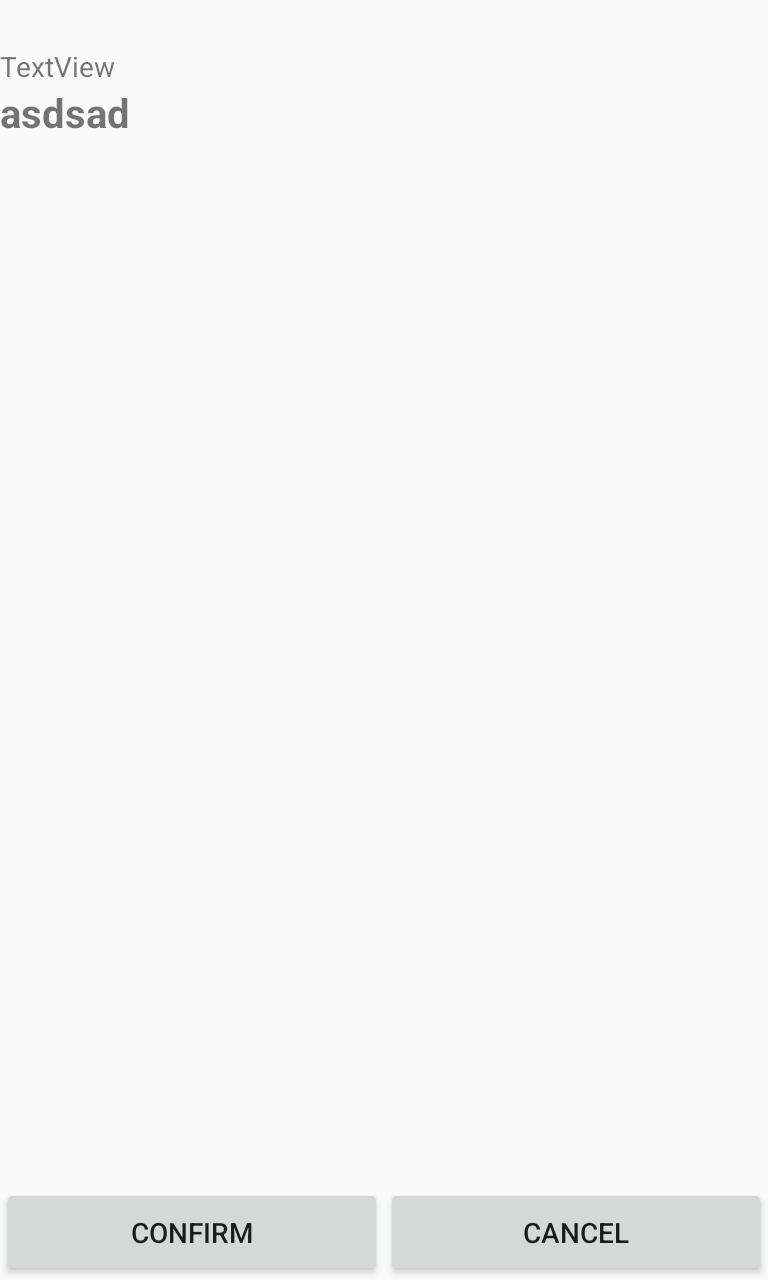
Repository: TeamZhao/Assignment-Tracker
Layout: AssignmentTracker/res/layout/activity_delete_semester_confirmation.xml
These files come from the project's save history. The layout is drawn as it stood at one moment and after the next save; the edit follows.
It is drawn on a 768 x 1280 px phone screen (xhdpi) without system bars, with theme AppTheme; the app's code is not run.

Above is the layout before, as saved 2014-11-15 05:59:04.

After the next save:
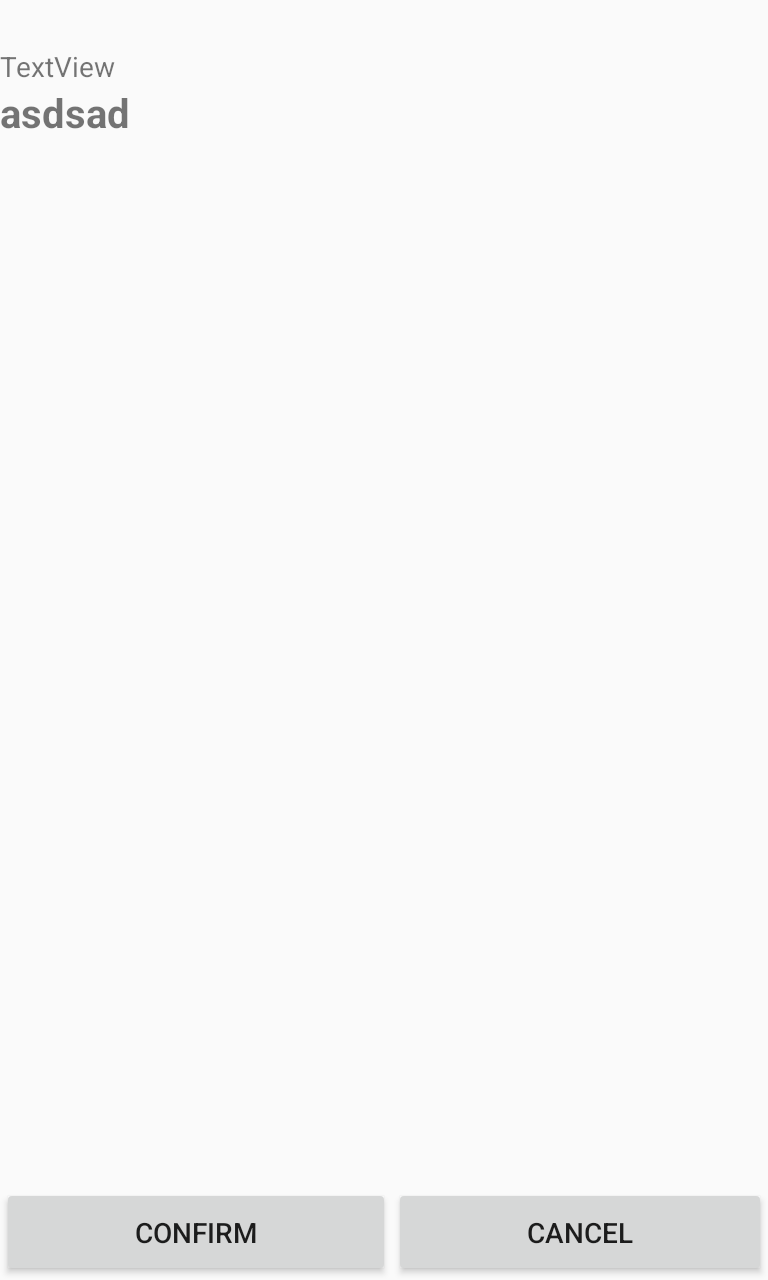
Saved 103 s later.
--- a/AssignmentTracker/res/layout/activity_delete_semester_confirmation.xml
+++ b/AssignmentTracker/res/layout/activity_delete_semester_confirmation.xml
@@ -69,15 +69,17 @@
             android:id="@+id/btn_deleteSem"
             android:layout_width="wrap_content"
             android:layout_height="wrap_content"
-            android:text="@string/confirm"
-            android:layout_weight="1" />
+            android:layout_weight="1"
+            android:minWidth="24dip"
+            android:text="@string/confirm" />
 
         <Button
             android:id="@+id/btn_cancelDeleteSem"
             android:layout_width="wrap_content"
             android:layout_height="wrap_content"
-            android:text="@string/cancel"
-            android:layout_weight="1"/>
+            android:layout_weight="1"
+            android:minWidth="24dip"
+            android:text="@string/cancel" />
 
     </TableRow>
 
